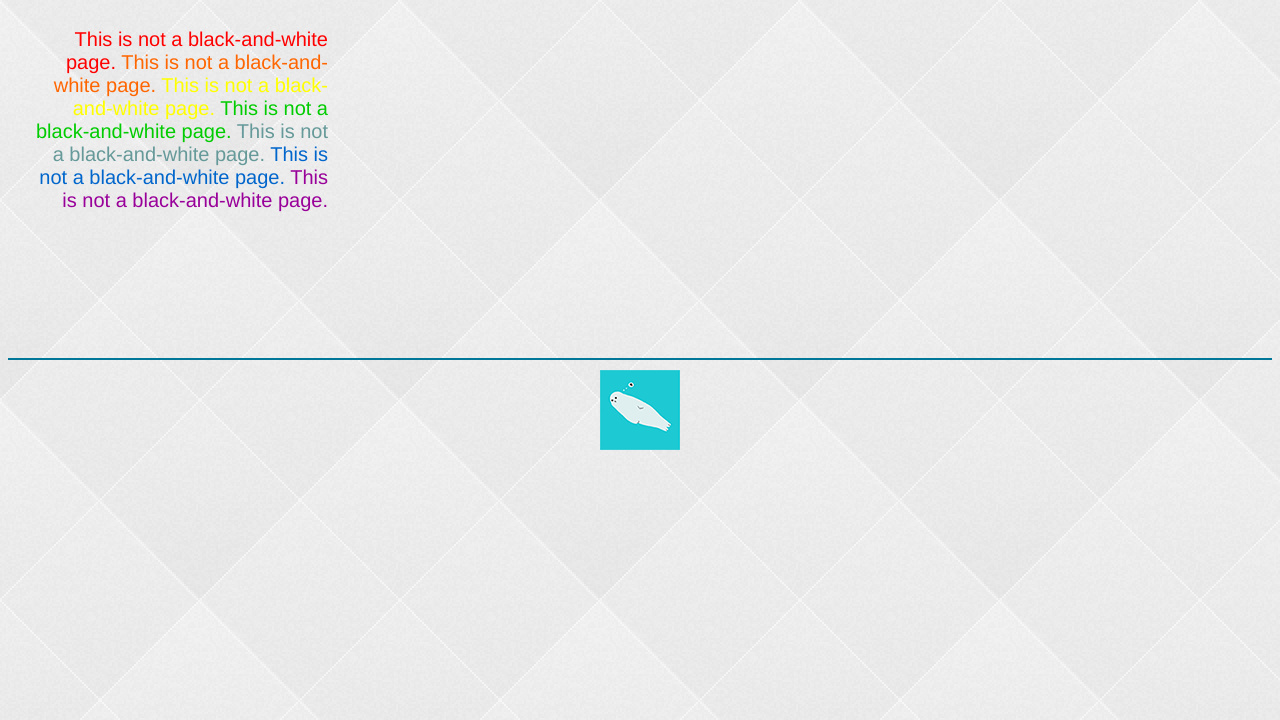
Repository: yiy225/yiy225.github.io
Page: page 1.html
The author's editor kept a record of every edit. The page is drawn from the files as they stood at one moment, then again after the next edit.
The browser window is 1280 px wide. The pictures show the whole page.

Above is the page before.

### page 1.html
<!DOCTYPE html>
<html>
    <head>
        <title>1st page</title>
        <link href="styles 1.css" rel="stylesheet">
    </head>
    <body>
     <div class= div1>
        <font color=#F00>This is not a black-and-white page.</font>
        <font color=#F60>This is not a black-and-white page.</font>
        <font color=#FF0>This is not a black-and-white page.</font>
        <font color=#0C0>This is not a black-and-white page.</font>
        <font color=#699>This is not a black-and-white page.</font>
        <font color=#06C>This is not a black-and-white page.</font>
        <font color=#909>This is not a black-and-white page.</font>
     </div>

        <hr color=#007799 border="5">
        <a href="page 2" class="seal"></a>
    </body>
</html>

### styles 1.css
body {
    background-image: url(diamond.png);
    background-repeat: repeat;
    font-size: 20px;
    font-family: Helvetica, Arial, sans-serif;
    text-align: right;

}

p {
    margin: 10px;
}

.div1{
   width: 300px;
   height: 300px;
   padding: 20px;

}


.seal {
width: 80px;
height: 80px;
background-image: url(seal.png);
background-repeat: no-repeat;
display: block;
text-indent: 100%;
white-space: nowrap;
overflow: hidden;
position: relative;
text-align:center;
margin-left:auto;
margin-right:auto;
}


.seal:hover {
background-position: -80px 0;
}


.seal:active {
background-position: -160px 0;
}

After the next edit:
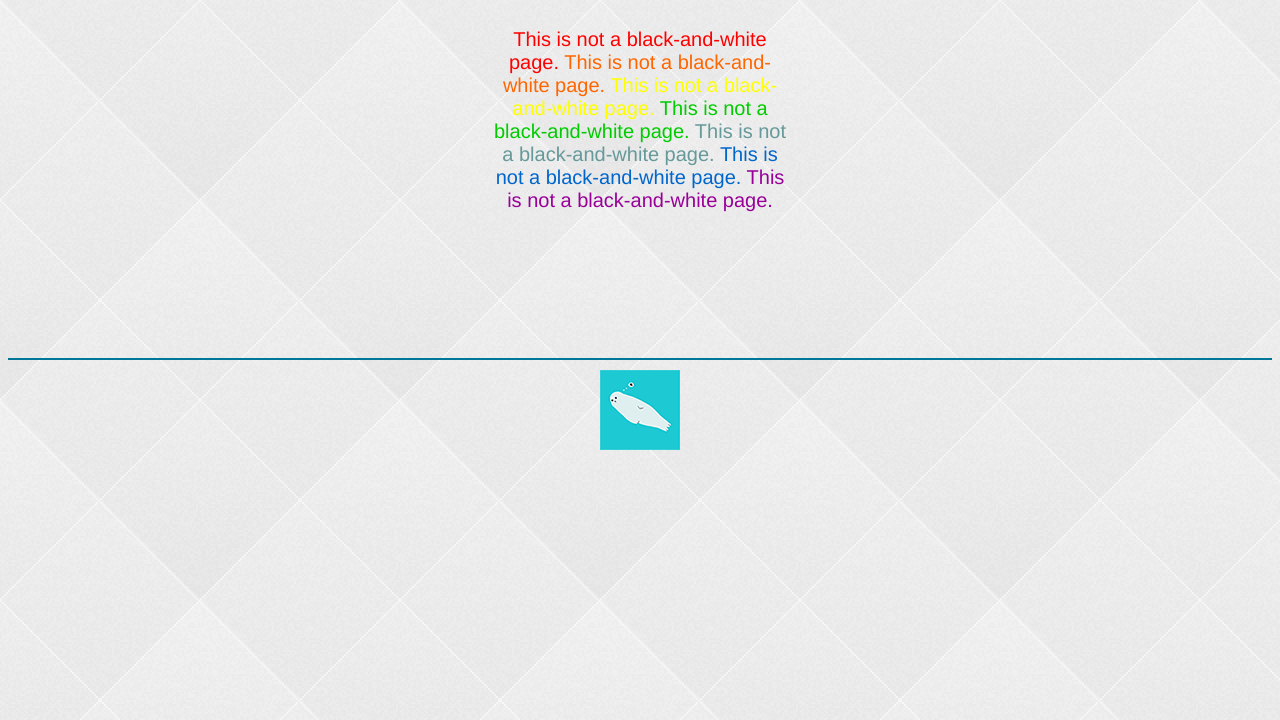
The edit:
--- a/styles 1.css
+++ b/styles 1.css
@@ -15,6 +15,9 @@
    width: 300px;
    height: 300px;
    padding: 20px;
+   text-align: center;
+   margin-left: auto;
+   margin-right: auto;
 
 }
 
